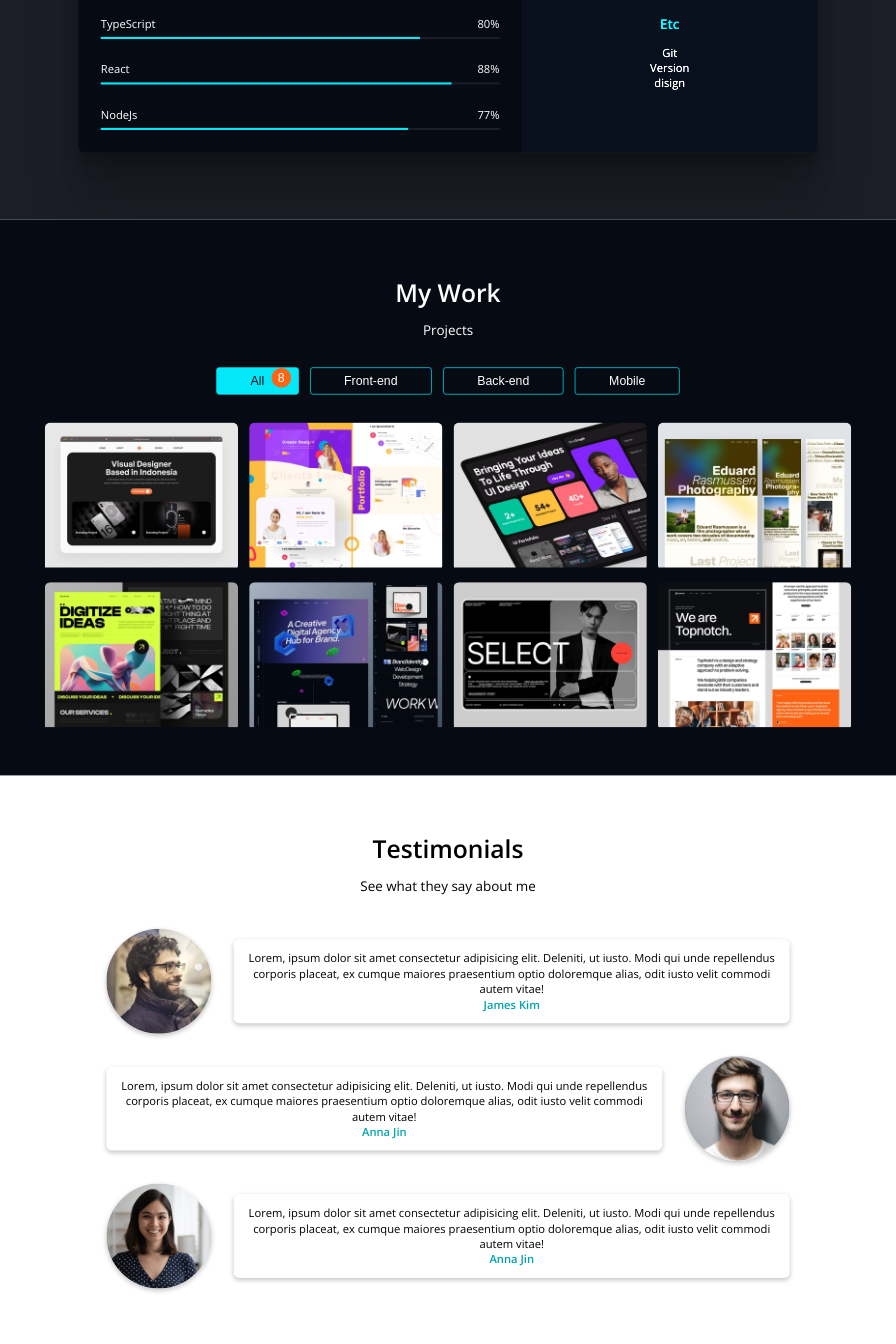
Repository: Iimchaehoon/portfollio
Page: index.html
These files come from the project's save history. The page is drawn as it stood at one moment and after the next save; the edit follows.
The browser window is 1280 px wide. The pictures show the part of the page from y = 1854 to 3774 px (the page is 4147 px tall before and 4267 px after), at 70% of full size.
Some web libraries are served in a nearby version.

Above is the page before, as saved 2023-07-18 21:45:35.

After the next save:
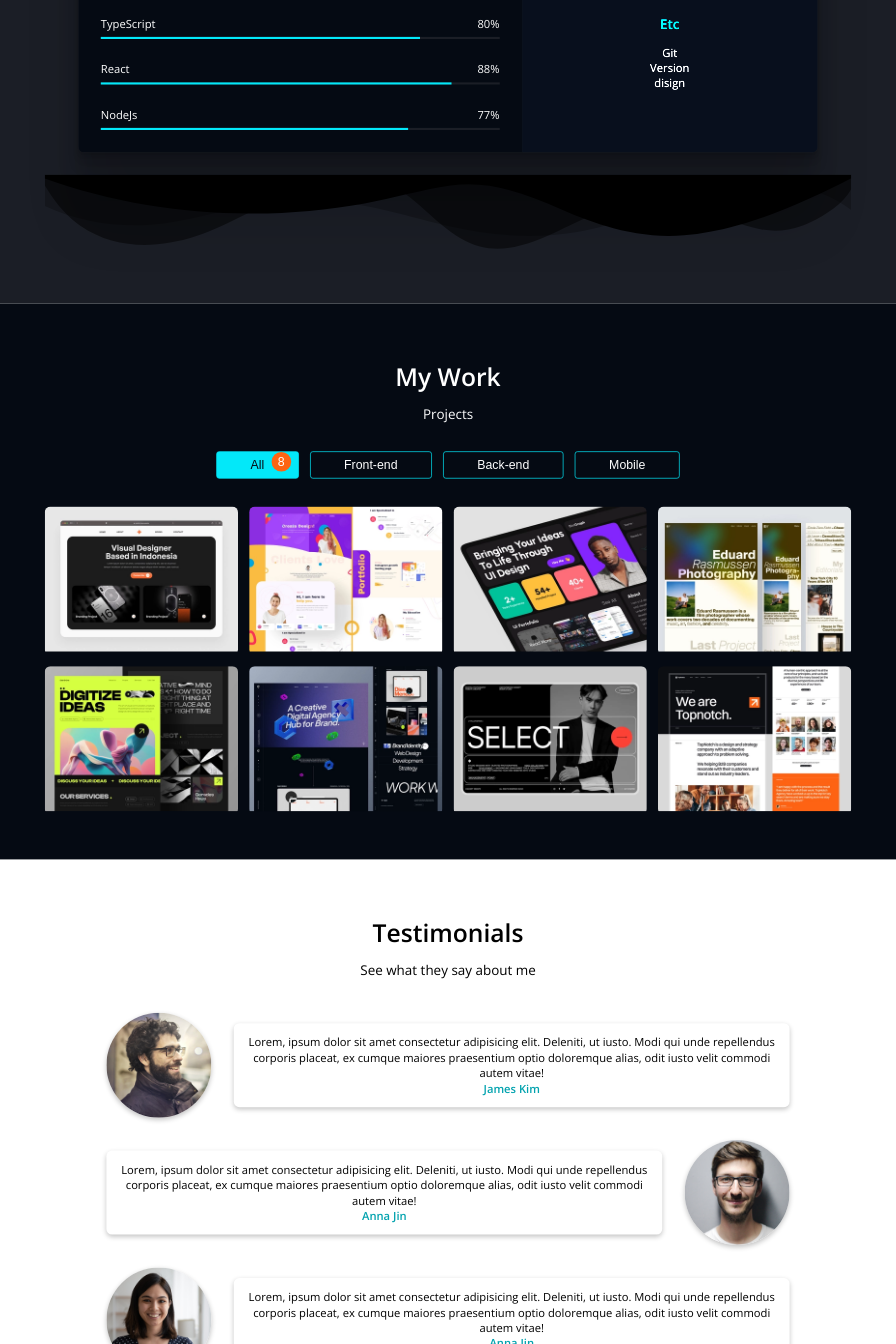
Saved 4 min 2 s later.
--- a/index.html
+++ b/index.html
@@ -221,6 +221,29 @@
             </section>
           </div>
         </div>
+        <div class="custom-shape-divider-top-1689684565">
+          <svg
+            data-name="Layer 1"
+            xmlns="http://www.w3.org/2000/svg"
+            viewBox="0 0 1200 120"
+            preserveAspectRatio="none"
+          >
+            <path
+              d="M0,0V46.29c47.79,22.2,103.59,32.17,158,28,70.36-5.37,136.33-33.31,206.8-37.5C438.64,32.43,512.34,53.67,583,72.05c69.27,18,138.3,24.88,209.4,13.08,36.15-6,69.85-17.84,104.45-29.34C989.49,25,1113-14.29,1200,52.47V0Z"
+              opacity=".25"
+              class="shape-fill"
+            ></path>
+            <path
+              d="M0,0V15.81C13,36.92,27.64,56.86,47.69,72.05,99.41,111.27,165,111,224.58,91.58c31.15-10.15,60.09-26.07,89.67-39.8,40.92-19,84.73-46,130.83-49.67,36.26-2.85,70.9,9.42,98.6,31.56,31.77,25.39,62.32,62,103.63,73,40.44,10.79,81.35-6.69,119.13-24.28s75.16-39,116.92-43.05c59.73-5.85,113.28,22.88,168.9,38.84,30.2,8.66,59,6.17,87.09-7.5,22.43-10.89,48-26.93,60.65-49.24V0Z"
+              opacity=".5"
+              class="shape-fill"
+            ></path>
+            <path
+              d="M0,0V5.63C149.93,59,314.09,71.32,475.83,42.57c43-7.64,84.23-20.12,127.61-26.46,59-8.63,112.48,12.24,165.56,35.4C827.93,77.22,886,95.24,951.2,90c86.53-7,172.46-45.71,248.8-84.81V0Z"
+              class="shape-fill"
+            ></path>
+          </svg>
+        </div>
       </section>
       <!-- My work -->
       <section id="work" class="section">
